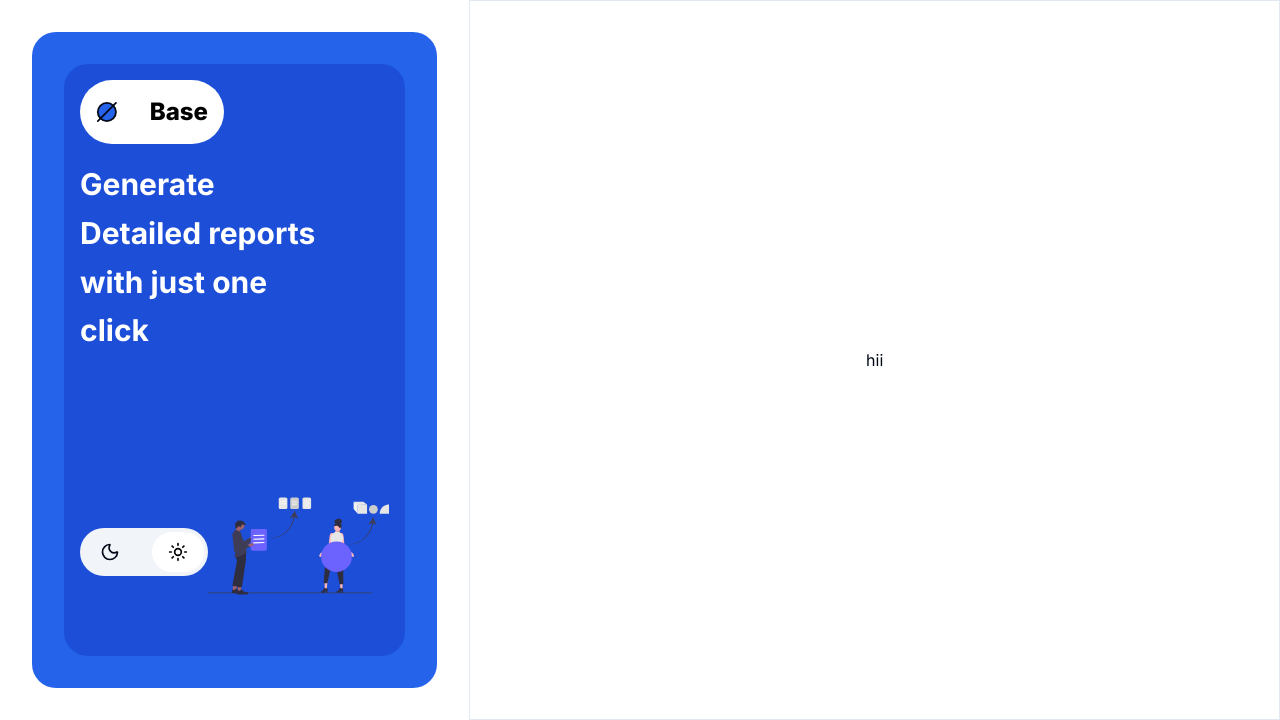
Repository: Hardyy00/openinapp_assignment
Page: /
These files come from the project's save history. The page is drawn as it stood at one moment and after the next save; the edit follows.
The browser window is 1280 px wide. The pictures show the whole page.
The project was rebuilt for these pictures with package versions that can differ from the ones it lists, and the page was loaded fresh each time. The framework's server and built-in components were replaced by stand-ins that run in the browser. Also part of the build but not shown: next.config.mjs.

Above is the page before, as saved 2024-08-23 16:05:17.

After the next save:
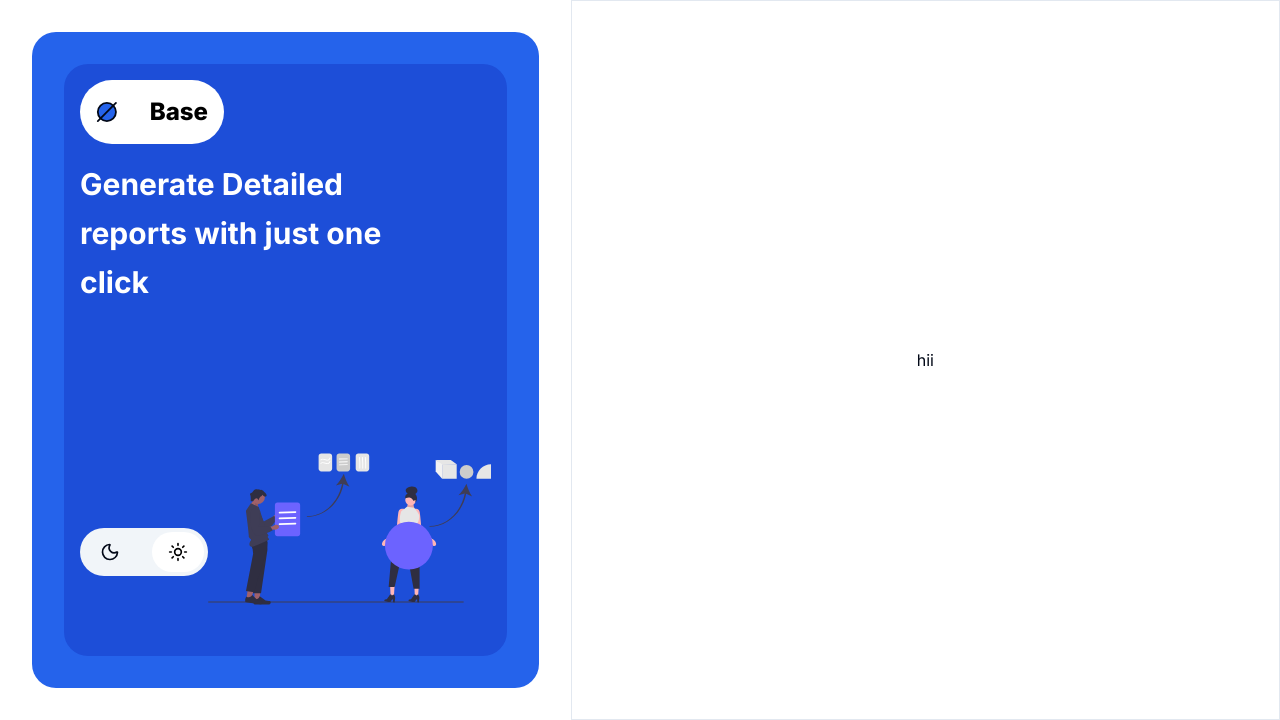
Saved 7 s later.
--- a/app/(auth)/layout.tsx
+++ b/app/(auth)/layout.tsx
@@ -11,7 +11,7 @@ export default function Layout({ children }: { children: React.ReactNode }) {
       <div className="w-full h-full flex flex-col lg:flex-row">
         <Intro />
 
-        <div className="flex-1">{children}</div>
+        <div className="flex-[0.7]">{children}</div>
       </div>
     </div>
   );
